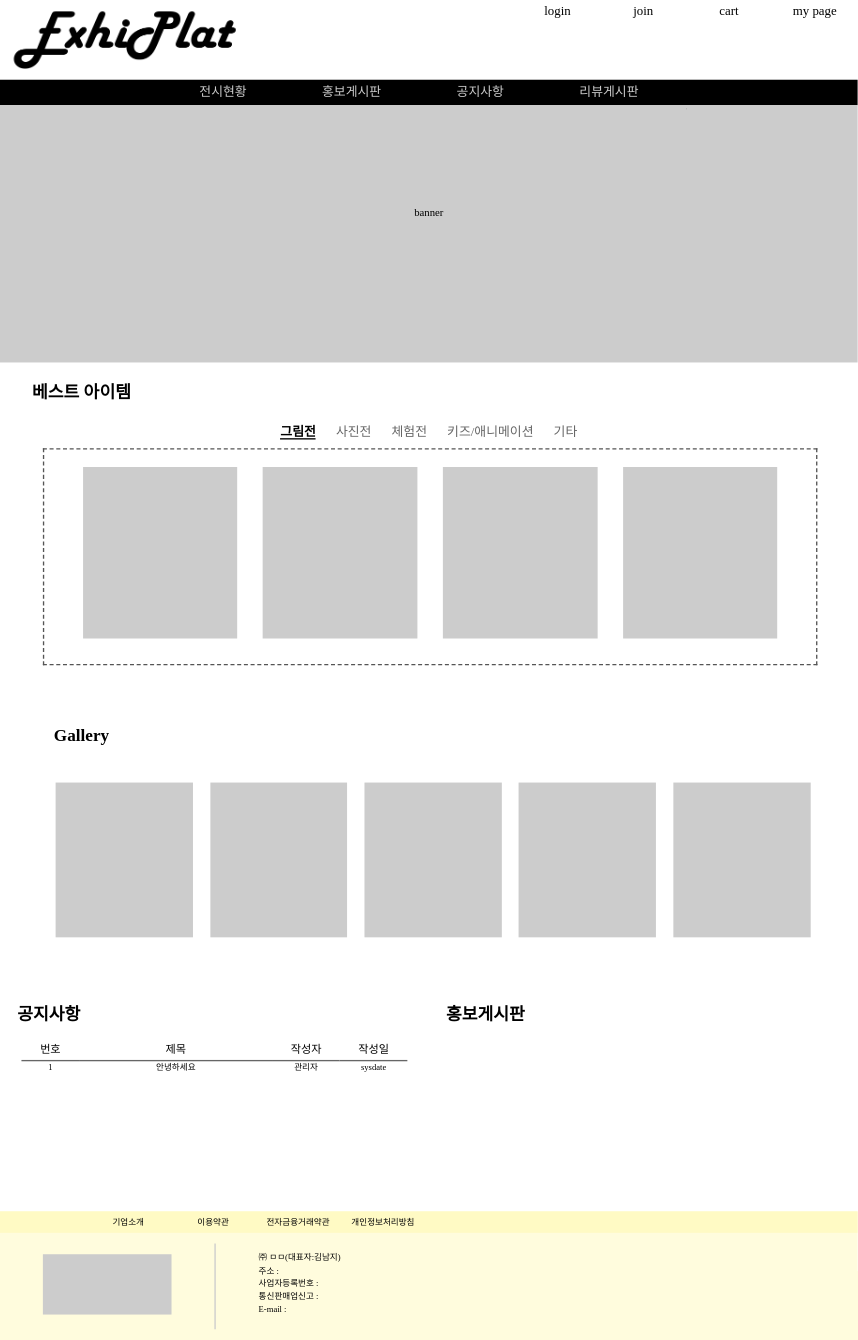
Repository: pnamjitoo/exhibition
Page: http://localhost/exhibition/source/main/index.jsp
An editor plug-in stored every save of this project. The page is shown before and after the next save, followed by the edit.
The browser window is 1280 px wide. The pictures show the whole page, at 67% of full size.
Some web fonts or font styles are not loaded; a fallback is used. Some web libraries are served in a nearby version. The page is served by Tomcat 9.

Above is the page before, as saved 2022-09-11 00:55:10.

After the next save:
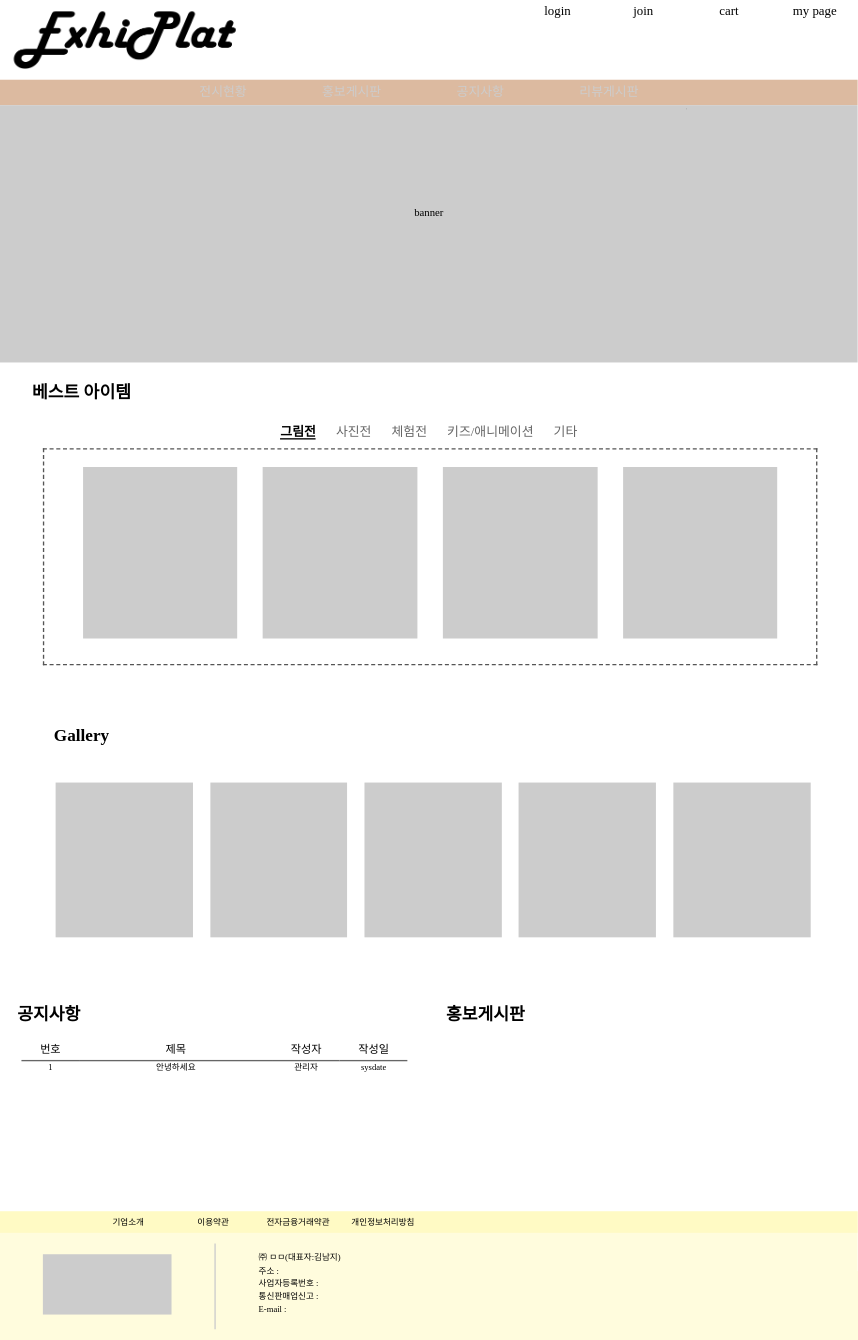
Saved 64 s later.
--- a/exhibition/src/main/webapp/css/header.css
+++ b/exhibition/src/main/webapp/css/header.css
@@ -59,7 +59,7 @@
     header #main_menu{
         height:3vw;
         margin-top:1%;
-        background-color: #000;
+        background-color: #dcbaa0;
     }
 
     header #main_menu{

After the save that followed:
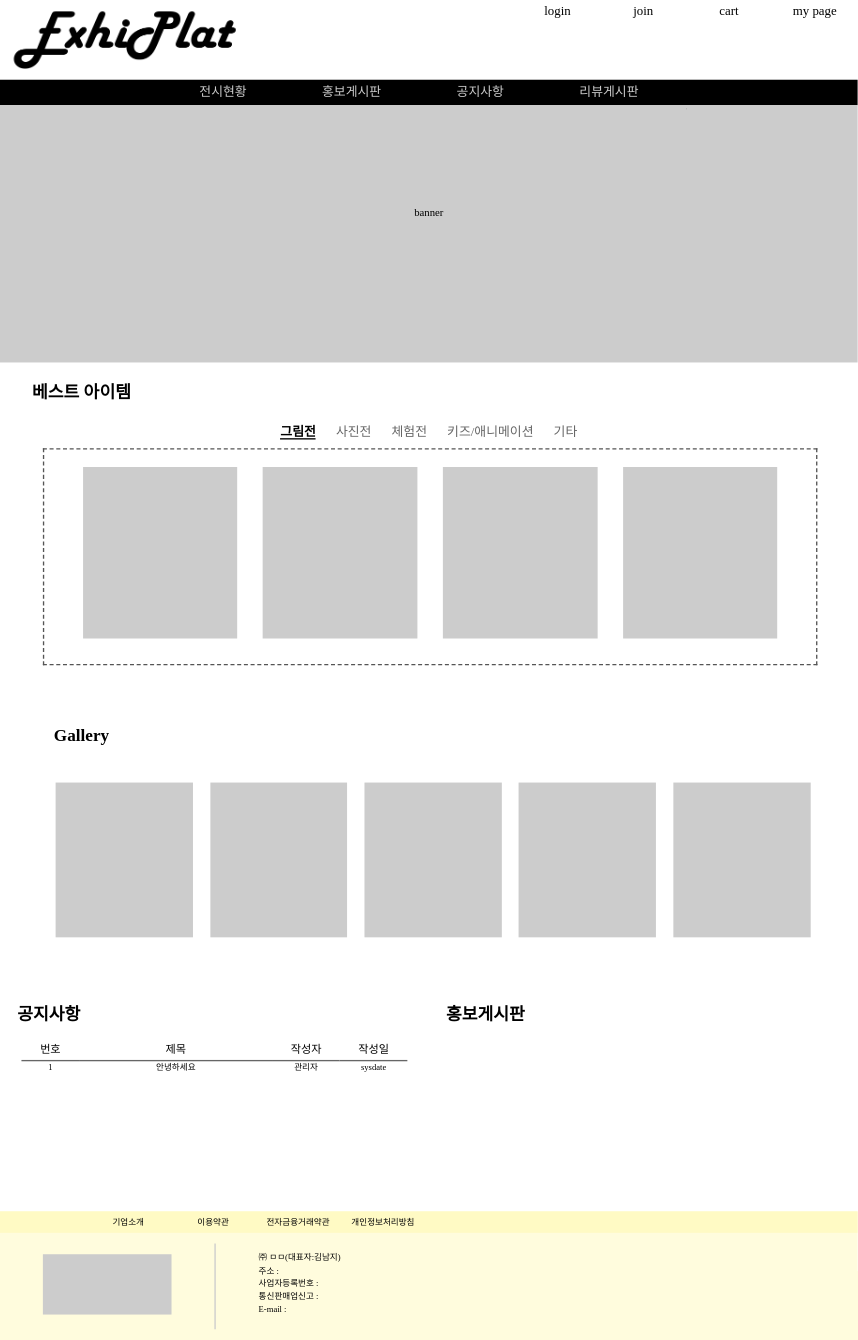
Saved 25 s later.
--- a/exhibition/src/main/webapp/css/header.css
+++ b/exhibition/src/main/webapp/css/header.css
@@ -59,7 +59,7 @@
     header #main_menu{
         height:3vw;
         margin-top:1%;
-        background-color: #dcbaa0;
+        background-color: #000;
     }
 
     header #main_menu{
